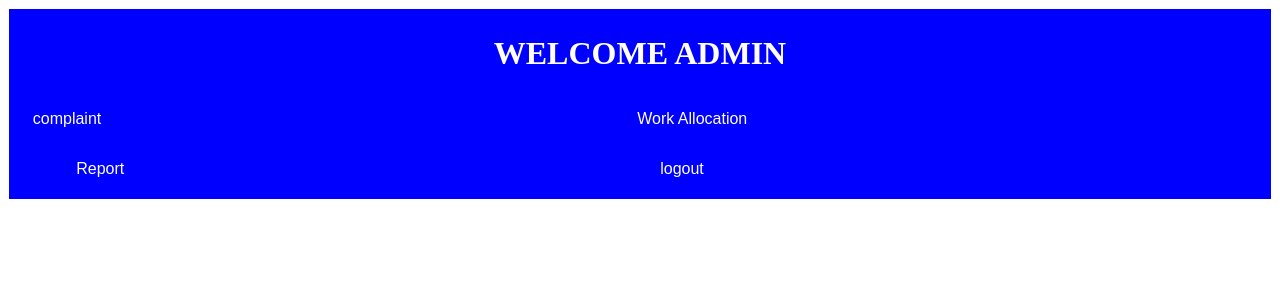
Repository: Jobinte/KSEB-PROJECT
Page: KSEB-complaint-management/WebContent/admin.html
An editor plug-in stored every save of this project. The page is shown before and after the next save, followed by the edit.
The browser window is 1280 px wide. The pictures show the whole page.

Above is the page before, as saved 2023-11-21 10:16:34.

After the next save:
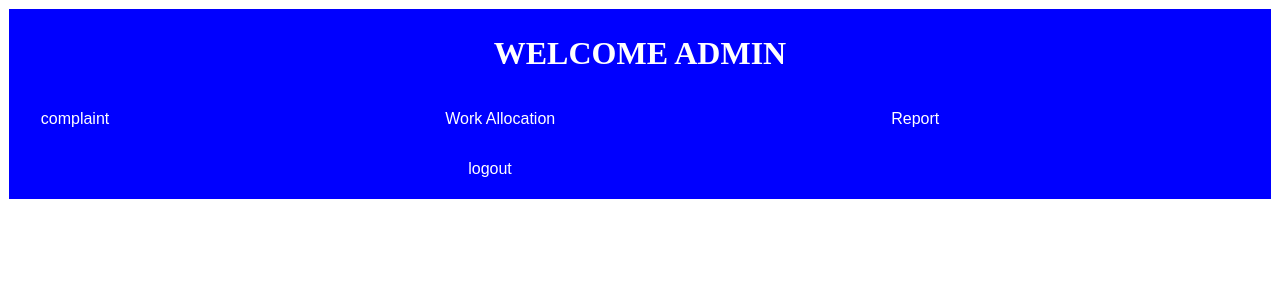
Saved 16 s later.
--- a/KSEB-complaint-management/WebContent/css/admin.css
+++ b/KSEB-complaint-management/WebContent/css/admin.css
@@ -19,7 +19,7 @@
 .dropdown {
 	position: relative;
 	display: inline-block;
-	margin-right:500px;
+	margin-right:300px;
 }
 
 
